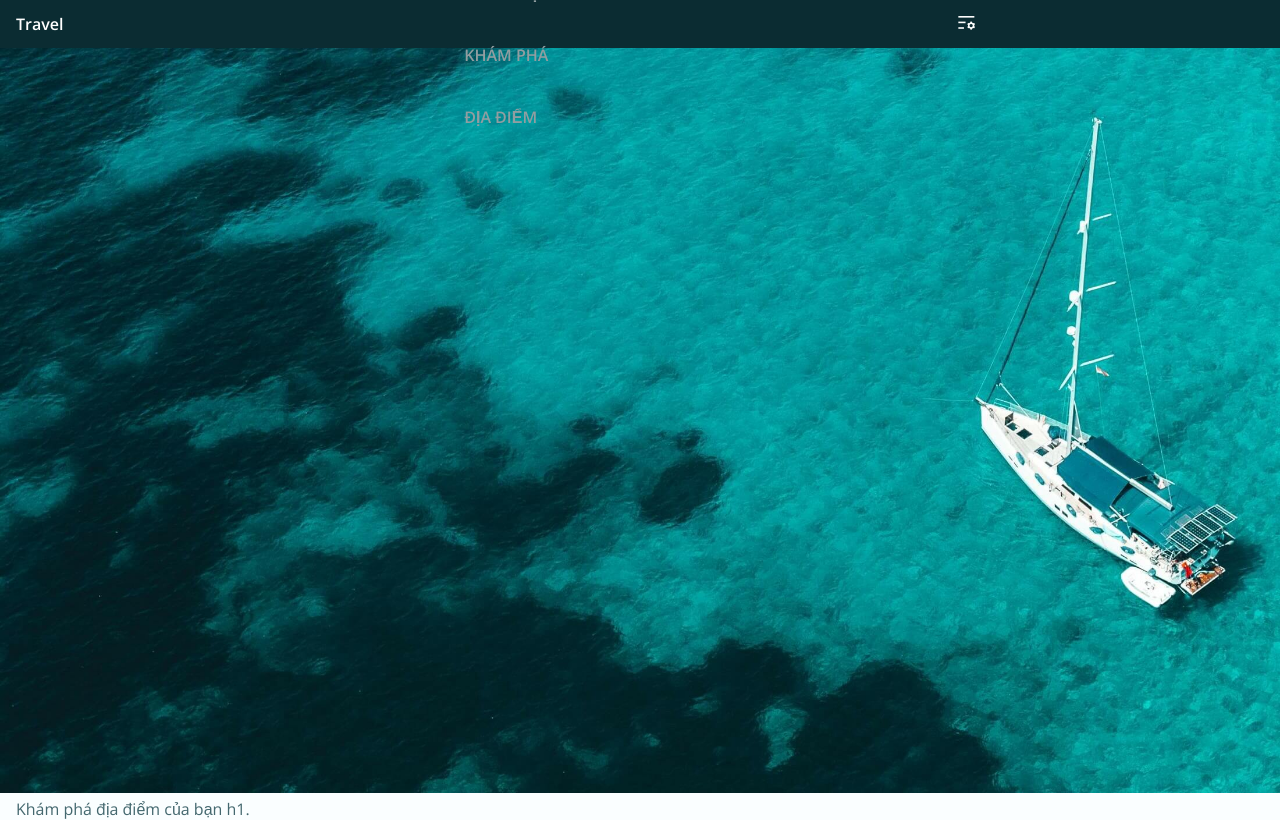
Repository: haokiet2501/travel-demo
Page: index.html
The author's editor kept a copy of each file at every save. The page is drawn from the files as they stood at one save, then again after a run of saves.
The browser window is 1280 px wide. The pictures show the whole page.

Above is the page before, as saved 2021-09-21 10:37:23.

### index.html
<!DOCTYPE html>
<html lang="en">
<head>
    <meta charset="UTF-8">
    <meta http-equiv="X-UA-Compatible" content="IE=edge">
    <meta name="viewport" content="width=device-width, initial-scale=1.0">
    <link href="https://cdn.jsdelivr.net/npm/remixicon@2.5.0/fonts/remixicon.css" rel="stylesheet">
    <link rel="stylesheet" href="/css/style.css">
    <title>Website Travel</title>
</head>

<body>
    <header class="header" id="header">
        <nav class="nav container">
            <a href="#" class="nav__logo">Travel</a>

            <div class="nav__menu" id="nav-menu">
                <ul class="nav__list">
                    <li class="nav__item">
                        <a href="#home" class="nav__link">Trang chủ</a>
                    </li>
                    <li class="nav__item">
                        <a href="#about" class="nav__link">Giới thiệt</a>
                    </li>
                    <li class="nav__item">
                        <a href="#discover" class="nav__link">Khám phá</a>
                    </li>
                    <li class="nav__item">
                        <a href="#place" class="nav__link">Địa điểm</a>
                    </li>
                </ul>

                <i class="ri-close-line nav__close" id="nav-close"></i>
            </div>

            <div class="nav__toggle" id="nav-toggle">
                <i class="ri-list-settings-line"></i>
            </div>
        </nav>
    </header>

    <main class="main">
        <section class="home" id="home">
            <img src="assets/img/home1.jpg" alt="" class="home__img">

            <div class="home__container container grid">
                <div class="home__data">
                    <span class="home__data-subtitle">Khám phá địa điểm của bạn</span>
                    h1.
                </div>
            </div>
        </section>
    </main>

    <script src="js/script.js"></script>
</body>

</html>

### css/style.css
/* Google Font */
@import url('https://fonts.googleapis.com/css2?family=Open+Sans:wght@400;600&family=Raleway:wght@500;600;700&display=swap');

/* Variables css */
:root {
    --header-height: 3rem;

    /* Colors */
    --hue-color: 190;

    /* HSL color mode */
    --first-color: hsl(var(--hue-color), 64%, 12%);
    --first-color-second: hsl(var(--hue-color), 64%, 22%);
    --first-color-alt: hsl(var(--hue-color), 64%, 15%);
    --title-color: hsl(var(--hue-color), 64%, 18%);
    --text-color: hsl(var(--hue-color), 24%, 35%);
    --text-color-light: hsl(var(--hue-color), 8%, 60%);
    --input-color: hsl(var(--hue-color), 24%, 97%);
    --body-color: hsl(var(--hue-color), 100%, 99%);
    --white-color: #FFF;
    --scroll-bar-color: hsl(var(--hue-color), 12%, 90%);
    --scroll-thumb-color: hsl(var(--hue-color), 12%, 75%);

    /* Font and typography */
    --body-font: 'Open Sans', sans-serif;
    --title-font: 'Raleway', sans-serif;
    --biggest-font-size: 2.5rem;
    --h1-font-size: 1.5rem;
    --h2-font-size: 1.25rem;
    --h3-font-size: 1rem;
    --normal-font-size: .938rem;
    --small-font-size: .813rem;
    --smaller-font-size: .75rem;

    /* Font Weight */
    --font-medium: 500;
    --font-semi-bold: 600;

    /* Margin Bottom */
    --mb-0-25: .25rem;
    --mb-0-5: .5rem;
    --mb-0-75: .75rem;
    --mb-1: 1rem;
    --mb-1-25: 1.25rem;
    --mb-1-5: 1.5rem;
    --mb-2: 2rem;
    --mb-2-5: 2.5rem;

    /* Z-index */
    --z-tooltip: 10;
    --z-fixed: 100;

    /* Hover overlay */
    --img-transition: .3s;
    --img-hidden: hidden;
    --img-scale: scale(1.1);
}

@media screen and (min-width: 960px) {
    :root {
        --biggest-font-size: 4rem;
        --h1-font-size: 2.25rem;
        --h2-font-size: 1.75rem;
        --h3-font-size: 1.25rem;
        --normal-font-size: 1rem;
        --small-font-size: .875rem;
        --smaller-font-size: .813rem;
    }
}

/* Base */
* {
    padding: 0;
    margin: 0;
    box-sizing: border-box;
}

html {
    scroll-behavior: smooth;
}

body {
    margin: var(--header-height) 0 0 0;
    font-family: var(--body-font);
    font-size: var(--normal-font-size);
    background-color: var(--body-color);
    color: var(--text-color);
}

h1,h2,h3 {
    color: var(--title-color);
    font-weight: var(--font-semi-bold);
    font-family: var(--title-font);
}

ul {
    list-style: none;
}

a {
    text-decoration: none;
}

img, video {
    max-width: 100%;
    height: auto;
}

button, input {
    border: none;
    font-family: var(--body-font);
    font-size: var(--normal-font-size);
}

button {
    cursor: pointer;
}

input {
    outline: none;
}

/* Reusable css classed */
.section {
    padding: 4.5rem 0 2.5rem;
}

.section__title {
    font-size: var(--h2-font-size);
    color: var(--title-color);
    text-align: center;
    text-transform: capitalize;
    margin-bottom: var(--mb-2);
}

.container {
    max-width: 960px;
    margin-left: var(--mb-1);
    margin-right: var(--mb-1);
}

.grid {
    display: grid;
    gap: 1.5rem;
}

/* HEADER */
.header {
    width: 100%;
    position: fixed;
    top: 0;
    left: 0;
    z-index: var(--z-fixed);
    background-color: var(--first-color);
}

/* NAV */
.nav {
    display: flex;
    justify-content: space-between;
    align-items: center;
    height: var(--header-height);
}

.nav__logo, .nav__toggle {
    color: var(--white-color);
}

.nav__logo {
    font-weight: var(--font-semi-bold);
}

.nav__toggle {
    font-size: 1.2rem;
    cursor: pointer;
}

.nav__menu {
    position: relative;
}

@media screen and (max-width: 767px) {
    .nav__menu {
        position: fixed;
        background-color: var(--body-color);
        top: 0;
        right: -100%;
        width: 70%;
        height: 100%;
        box-shadow: -1px 0 4px hsla(var(--hue-color), 64%, 15%, .15);
        padding: 3rem;
        transition: .4s;
    }
}

.nav__list {
    display: flex;
    flex-direction: column;
    row-gap: 2.5rem;
}

.nav__link {
    color: var(--text-color-light);
    font-weight: var(--font-semi-bold);
    text-transform: uppercase;
}

.nav__link:hover {
    color: var(--text-color);
}

.nav__close {
    position: absolute;
    top: .75rem;
    right: 1rem;
    font-size: 1.5rem;
    color: var(--title-color);
    cursor: pointer;
}

/* Show-Menu */
.show-menu {
    right: 0;
}

### js/script.js
// Show Menu
const navMenu = document.getElementById('nav-menu'),
      navToggle = document.getElementById('nav-toggle'),
      navClose = document.getElementById('nav-close')

if(navToggle) {
    navToggle.addEventListener('click', () => {
        navMenu.classList.add('show-menu')
    })
}

if(navClose) {
    navClose.addEventListener('click', () => {
        navMenu.classList.remove('show-menu')
    })
}

// Remove menu Mobile
const navLink = document.querySelectorAll('.nav__link')

function linkAction(){
    const navMenu = document.getElementById('nav-menu')
    // When we click on each nav__link, we remove the show-menu class
    navMenu.classList.remove('show-menu')
}
navLink.forEach(n => n.addEventListener('click', linkAction))

After the next 6 saves:
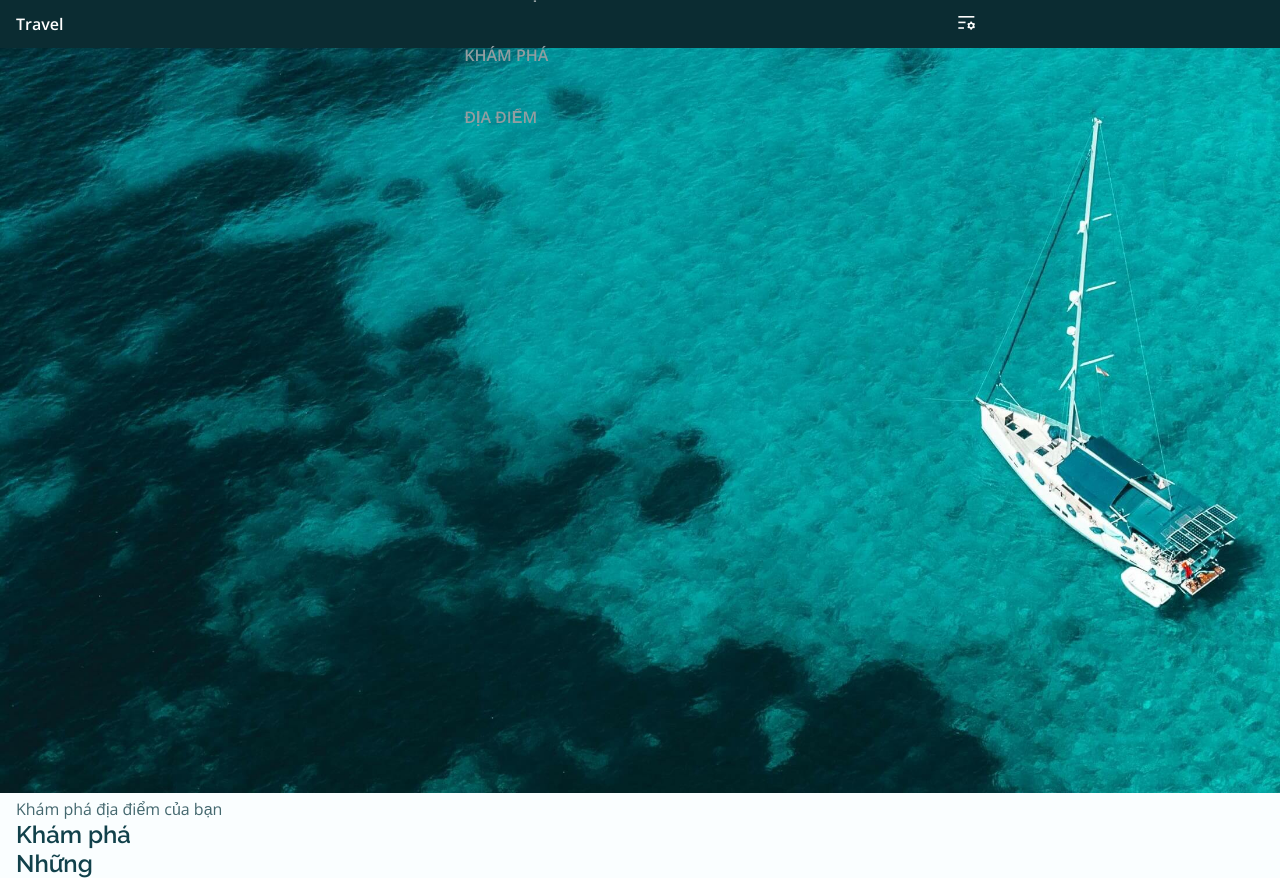
The 6 saves are shown as one change because they came seconds apart.
The last was saved 19 s later.
--- a/index.html
+++ b/index.html
@@ -46,7 +46,7 @@
             <div class="home__container container grid">
                 <div class="home__data">
                     <span class="home__data-subtitle">Khám phá địa điểm của bạn</span>
-                    h1.
+                    <h1 class="home__data-title">Khám phá <br> Những </h1>
                 </div>
             </div>
         </section>
